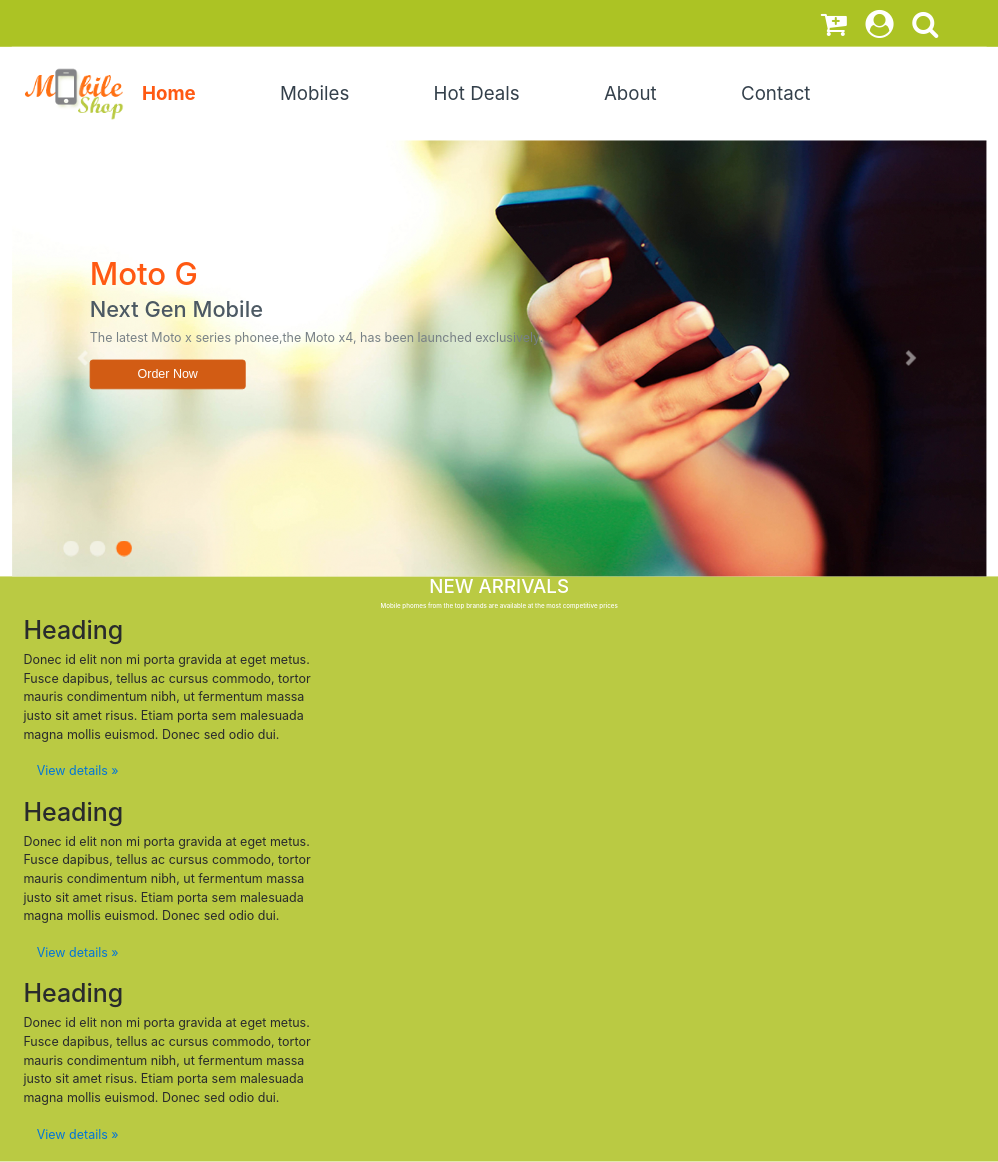
Repository: rajmohanr/mobile
Page: index.html
The author's editor kept a copy of each file at every save. The page is drawn from the files as they stood at one save, then again after the next save.
The browser window is 1280 px wide. The pictures show the whole page, at 78% of full size.

Above is the page before, as saved 2018-03-31 13:21:50.
Console error (its wording comes from the project's code and is left out).

After the next save:
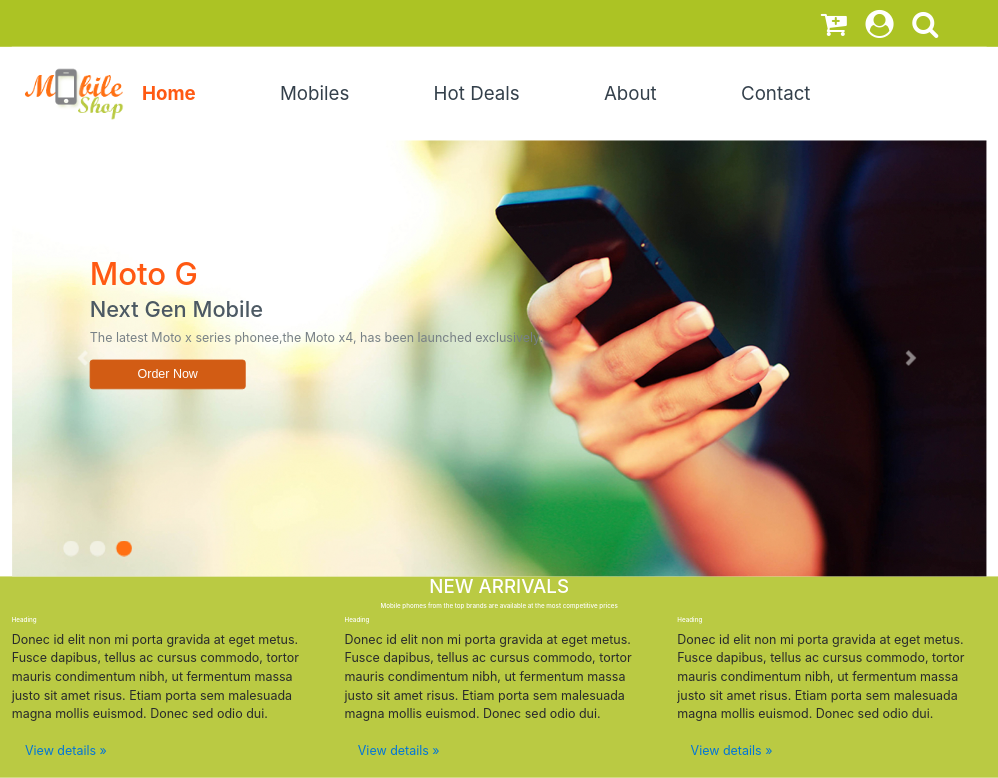
Saved 34 s later.
--- a/index.html
+++ b/index.html
@@ -120,15 +120,16 @@
 	<div id="middle-wrapper" class="row">
 		<div class="col-md-12">
 			<div id="middle-title" class="row">
-					<div class="col-md-12">
-						<h1 class="text-center">
-								NEW ARRIVALS
-						</h1>
-						<h2 class="text-center">
-							Mobile phomes from the top brands are available at the most competitive prices
-						</h2>
-					</div>
+				<div class="col-md-12">
+					<h1 class="text-center">
+							NEW ARRIVALS
+					</h1>
+					<h2 class="text-center">
+						Mobile phomes from the top brands are available at the most competitive prices
+					</h2>
 				</div>
+			</div>
+			<div id="middle-title" class="row">
 		<div class="col-md-4">
 			<h2>
 				Heading
@@ -163,6 +164,7 @@
 			</p>
 		</div>
 		</div>
+		</div>
 	</div>
 	<div class="row">
 		<div class="col-md-12">
